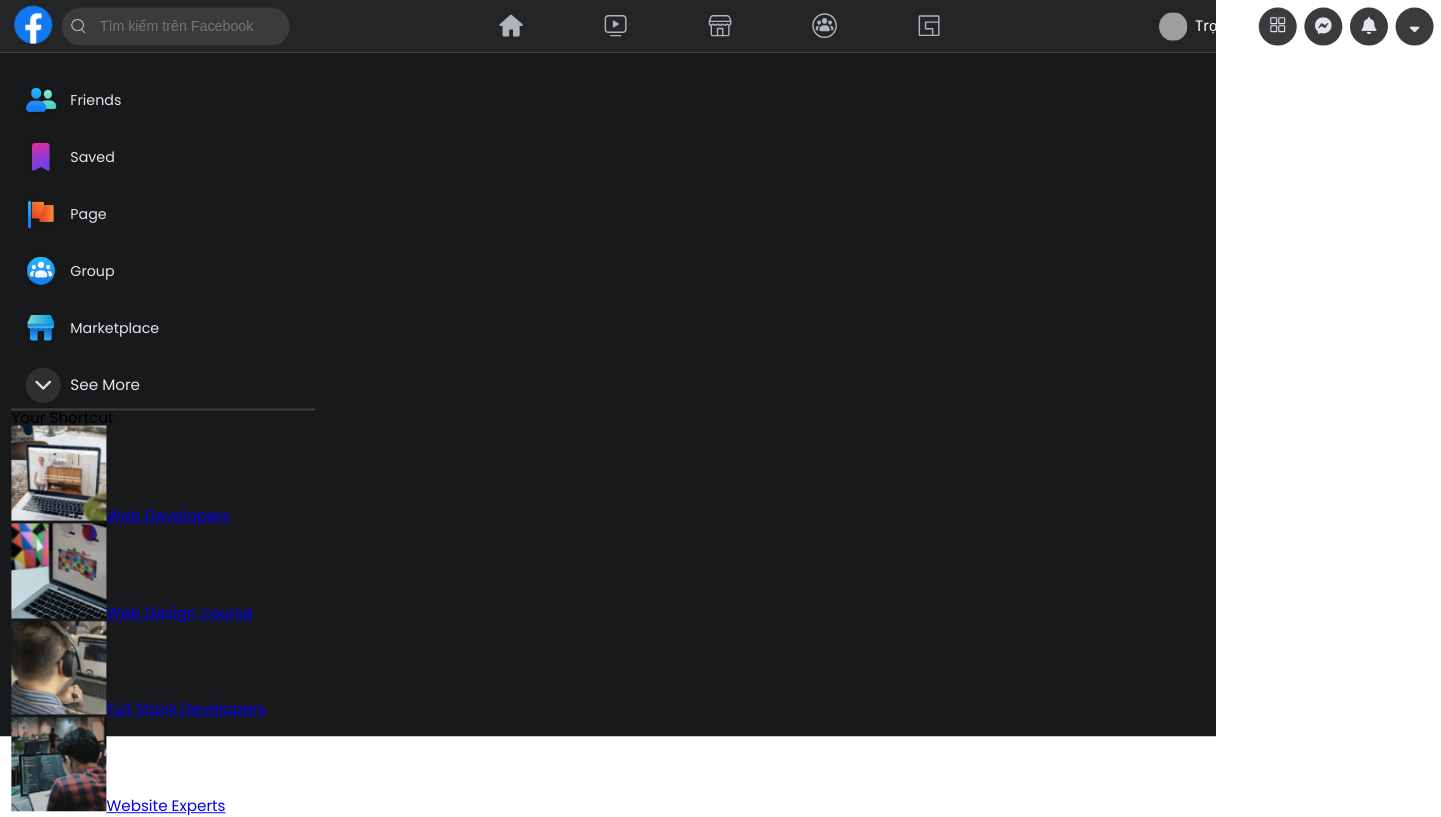
Repository: vanntrong/facebook-clone
Page: index.html
An editor plug-in stored every save of this project. The page is shown before and after the next save, followed by the edit.
The browser window is 1280 px wide. The page is 1517 px wide, so the pictures cover 1517 px, including what lies to the right of the window. The pictures show the whole page, at 95% of full size.
Pictures or frames that could not be fetched are drawn as grey boxes.

Above is the page before, as saved 2021-09-08 19:04:30.

After the next save:
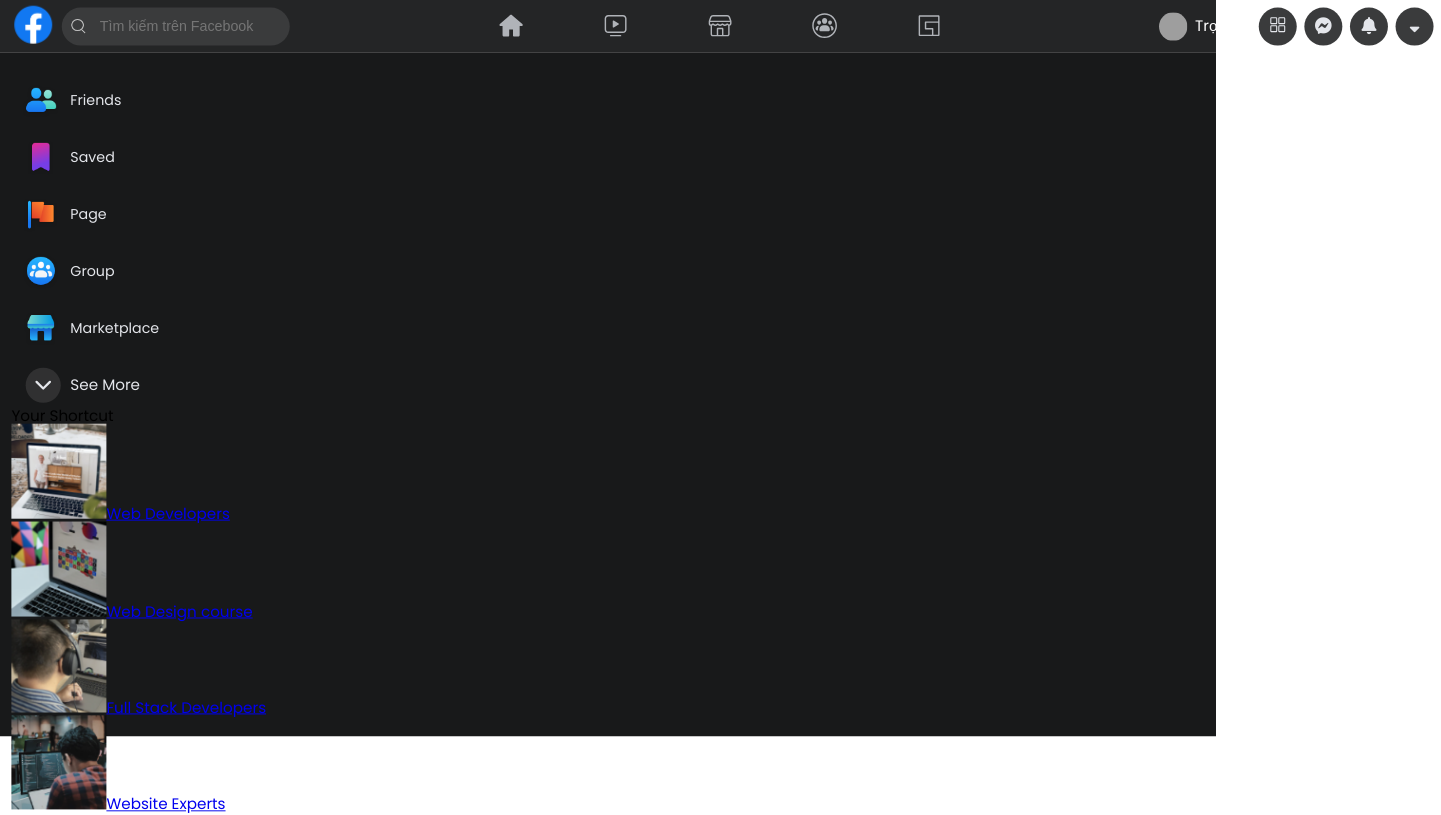
Saved 83 s later.
--- a/assets/css/style.css
+++ b/assets/css/style.css
@@ -174,7 +174,15 @@
 .imp-links {
   display: flex;
   flex-direction: column;
-  border-bottom: 2px solid #3e4042;
+  position: relative;
+}
+
+.imp-links::after {
+  content: "";
+  position: absolute;
+  width: 100%;
+  color: #3e4042;
+  bottom: 0;
 }
 
 .imp-links-link {

After the 3 saves that followed:
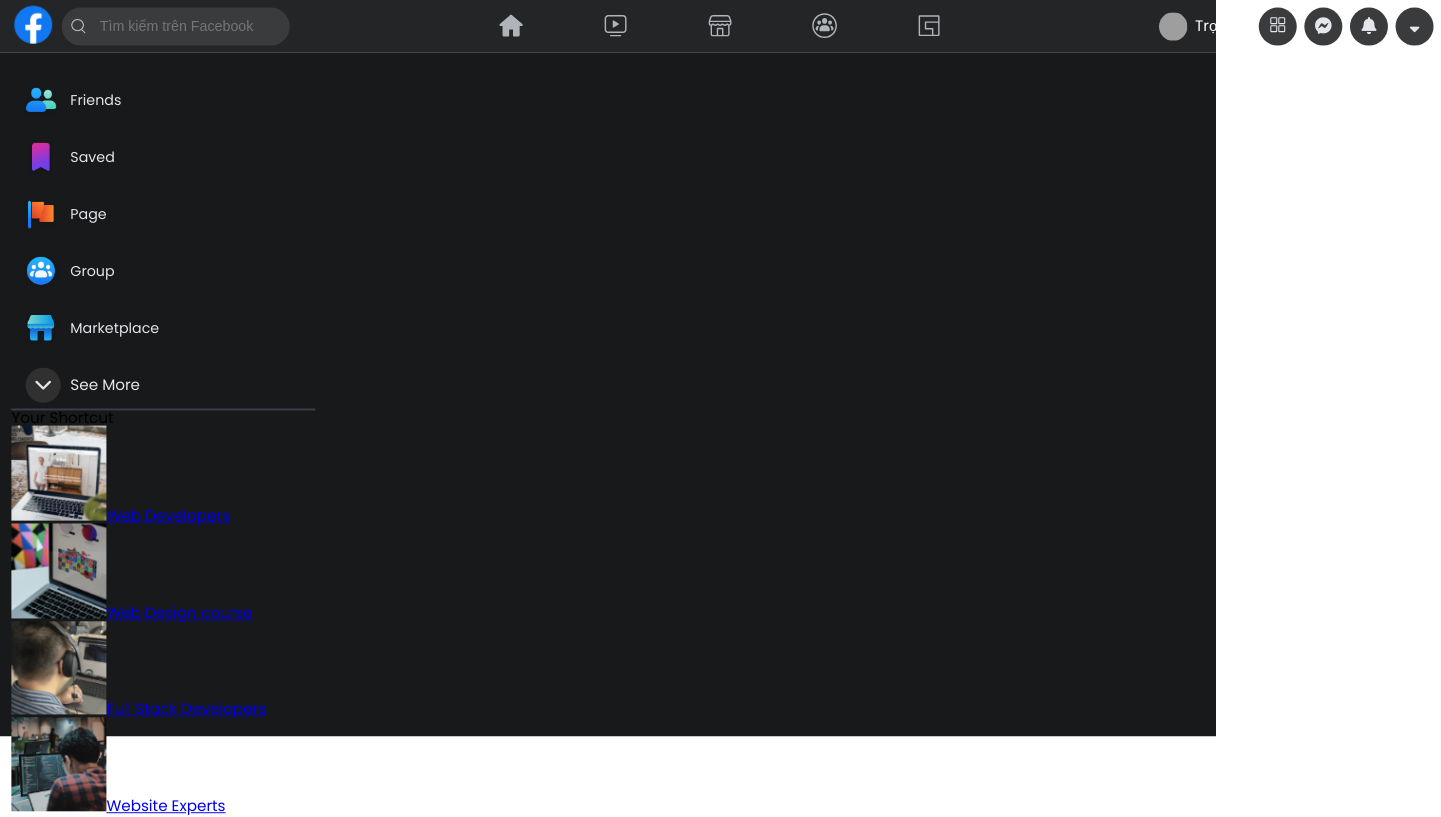
The 3 saves are shown as one change because 2 left the picture as it was.
The last was saved 2 min 26 s later.
--- a/assets/css/style.css
+++ b/assets/css/style.css
@@ -175,14 +175,7 @@
   display: flex;
   flex-direction: column;
   position: relative;
-}
-
-.imp-links::after {
-  content: "";
-  position: absolute;
-  width: 100%;
-  color: #3e4042;
-  bottom: 0;
+  border-bottom: 2px solid #3e3d4b;
 }
 
 .imp-links-link {
